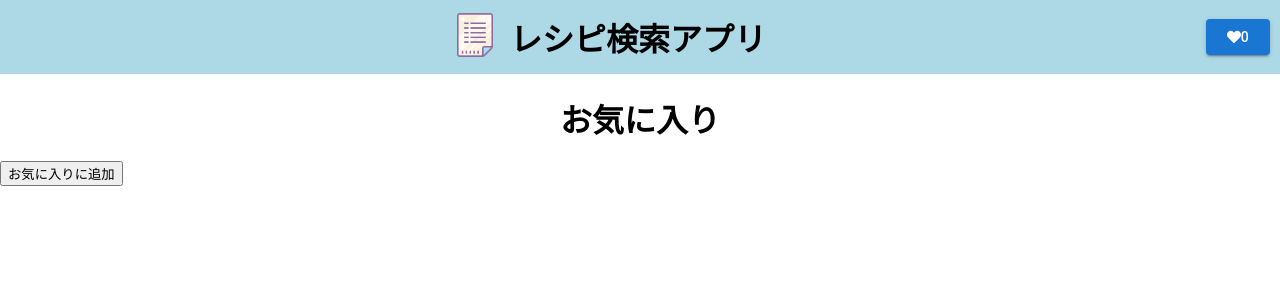
Repository: rweyb/recipe-search-app
Page: /favorites
These files come from the project's save history. The page is drawn as it stood at one moment and after the next save; the edit follows.
The browser window is 1280 px wide. The pictures show the whole page.
The project was rebuilt for these pictures with package versions that can differ from the ones it lists, and the page was loaded fresh each time. Also part of the build but not shown: src/components/FavoritesButton.js, src/components/RecipeResults.js, src/pages/HomePage.js, src/components/SearchBar.js, src/pages/RecipePage.js, src/pages/IngredientPage.js, src/reducers/RecipeSearch.js.

Above is the page before, as saved 2024-06-26 11:16:08.

### src/App.js
import React from 'react';
import { Route, RouterProvider, createBrowserRouter,
      createRoutesFromElements, } from 'react-router-dom';
import { QueryClient,QueryClientProvider } from 'react-query';
import Layout from './components/Layout';
import RecipeResults from './components/RecipeResults';
import HomePage from './pages/HomePage';
import FavoritesPage from './pages/FavoritesPage';
import RecipePage from './pages/RecipePage';
import IngredientPage from './pages/IngredientPage'
import RecipeSearch from './reducers/RecipeSearch';

const queryClient = new QueryClient();

const router = createBrowserRouter(
    createRoutesFromElements(
      <>
      <Route path='/' element={<Layout />}>
          <Route index element={<HomePage />} />
          <Route path='/favorites' element={<FavoritesPage />} />
          <Route path='/recipe' element={<RecipePage />} />
          <Route path='/ingredient' element={<IngredientPage />} />
          <Route path='/results' element={<RecipeResults />} />
          <Route path='/search' element={<RecipeSearch />} />
    </Route>
      </>
    )
);



const App = () => {
  return (
    <>
    <QueryClientProvider client = {queryClient}>
    <RouterProvider router={router} />
    </QueryClientProvider>
    </>

  );
};

export default App;

### src/components/Layout.js
import React from 'react';
import Header from './Header';
import { Outlet } from 'react-router-dom';

const Layout = () => {
    return (
    <>
        <Header />
        <Outlet /> {/* ここで子ルートがレンダリングされます */}
    </>
    );
};

export default Layout;

### src/pages/FavoritesPage.js
import React from "react";
import FavoriteButton from "../components/FavoritesButton";
import { useSetRecoilState, useRecoilValue } from 'recoil';
import { FavoritesRecipeState, FavoritesSelector } from '../components/FavoritesRecipeState';



const FavoritesPage = () => {

    // Recoilの状態更新関数を取得
    const setFavoritesList = useSetRecoilState(FavoritesRecipeState);


    // Recoilからお気に入りのリストを取得
    const favorites = useRecoilValue(FavoritesSelector);

    // お気に入り追加
    const addFavorite = (newItem) => {
        setFavoritesList((lists) => [...lists, newItem.id]);
    };

    // お気に入りから削除
    const removeFavorite = (id) => {
        setFavoritesList((lists) => lists.filter((favId) => favId !== id));
    };


        return (
            <div>
                <h1>お気に入り</h1>
                <ul>
                    {favorites.map((item) => (
                        <li key={item.id}>
                            {item.title} {/* ここでタイトルを表示 */}
                            <FavoriteButton
                                item={item}
                                onAddFavorite={() => addFavorite(item)}
                                onRemoveFavorite={() => removeFavorite(item.id)}
                            />
                            <button onClick={() => removeFavorite(item.id)}>削除</button>
                        </li>
                    ))}
                </ul>
                {/* 仮のボタンを追加してお気に入りに追加する動作をテスト */}
                <button onClick={() => addFavorite({ id: '2024062317701', title: 'テストレシピ' })}>お気に入りに追加</button>
            </div>
        );
    }



export default FavoritesPage;

### src/components/Header.js
import React from 'react';
import logo2 from '../logo/logo2.png';
import { Button } from '@mui/material';
import { useRecoilValue } from 'recoil';
import { FavoritesRecipeState } from './FavoritesRecipeState';
import { Link } from 'react-router-dom';
import { FaHeart } from 'react-icons/fa';
import FavoritesCount from './FavoritesCount';


export default function Header() {

     // FavoritesRecipeState atomからお気に入りレシピのIDの配列を取得
    const favoritesIds = useRecoilValue(FavoritesRecipeState);

  // お気に入りレシピの数を計算
    const favoritesCount = favoritesIds.length;


    const headerStyle = {
        display: 'flex', // フレックスボックスを使用
        justifyContent: 'space-between',
        alignItems: 'center', // 要素を垂直方向の中央に配置
        backgroundColor: 'lightblue', // ヘッダーの背景色
        padding: '10px', // パディング
    };

    const logoAndTitleStyle = {
        display: 'flex', // フレックスボックスを使用
        alignItems: 'center', // 要素を垂直方向の中央に配置
        justifyContent: 'center', // 要素を水平方向の中央に配置
        flexGrow: 1, // 利用可能なスペースを埋める
    };

    const logoStyle = {
        height: '50px',
        marginRight: '10px',
        cursor: 'pointer',
    };


    return (
    <>
    <header style={headerStyle}>
    <div style={logoAndTitleStyle}>
        <Link to="/">
        <img src={logo2} style={logoStyle} alt="レシピ"  />
        </Link>
        <h1 style={{margin: '0'}}>レシピ検索アプリ</h1>
    </div>
        <Link to="/favorites">
        <Button variant='contained'>
            <FaHeart />
            <FavoritesCount />
            {favoritesCount}
        </Button>
        </Link>
    </header>
    </>
    );
}

### src/components/FavoritesRecipeState.js
import { atom, atomFamily, selector } from "recoil";


//お気に入りレシピIDの配列を保持
export const FavoritesRecipeState = atom({
    key: 'FavoritesRecipeState',
    default: [],
});

//特定のIDに基づいて個々のレシピの詳細情報を保持
export const FavoritesListAtom = atomFamily({
    key: "FavoritesListAtom",
    default: null
});


//FavoritesRecipeStateとFavoritesListAtomから派生した詳細情報を保持
export const FavoritesSelector = selector({
    key: "FavoritesSelector",
    get: ({ get }) => {
        const lists = get(FavoritesRecipeState);
        return lists.map(id => get(FavoritesListAtom(id))).filter(item => item !== null);
    },

    //リストの追加/完了済/削除操作
    set: ({ set, reset}, {type, id, newItem }) => {
        switch (type) {

            //新たな（FavoritesListAtom）を生成
            case 'add' :
                set(FavoritesListAtom(newItem.id), newItem);
                set(FavoritesRecipeState, lists =>[...lists, newItem.id]);
                break;
            //既存の項目（idであるFavoritesListAtom）のisDoneプロバディをtrueに
            case 'done' :
                set(FavoritesListAtom(id), todo => ({ ...todo, isDone: true}));
                break;
            //既存の項目(idであるFavoritesListAtom)を削除＆
            //id群(idsAtom)から、対応するid値を削除
            case 'remove' :
                reset(FavoritesListAtom(id));
                set(FavoritesRecipeState, lists => lists.filter(e => e !== id));
                break;
                default :
                throw new Error('Type is invalid.');
        }
    }
});

### src/components/Style.css
h1 {
    text-align: center;
    margin-bottom: 20px;
}

.search-container {
    display: flex;
    justify-content: center;
    align-items: center;
    height: 100px;
}

### src/components/FavoritesCount.js
import React from "react";
import { useRecoilValue } from "recoil";
import { FavoritesSelector } from "./FavoritesRecipeState";


function FavoritesCount() {
    // FavoritesSelectorからお気に入りの件数を取得
    const { count } = useRecoilValue(FavoritesSelector);

    return <div>{count}</div>;
}

export default FavoritesCount;

Loaded but not shown: public/index.html (common file); src/index.js (common file); src/index.css (common file); src/reportWebVitals.js (common file)

After the next save:
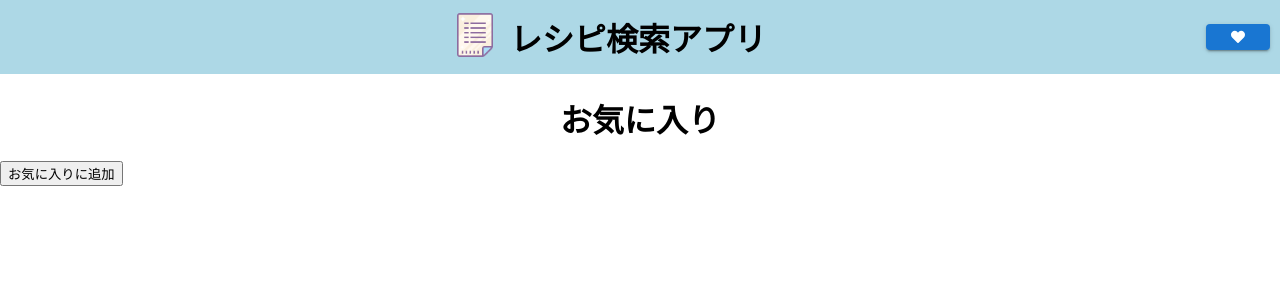
Saved 2 min 22 s later.
--- a/src/components/Header.js
+++ b/src/components/Header.js
@@ -52,7 +52,6 @@
         <Button variant='contained'>
             <FaHeart />
             <FavoritesCount />
-            {favoritesCount}
         </Button>
         </Link>
     </header>

After the save that followed:
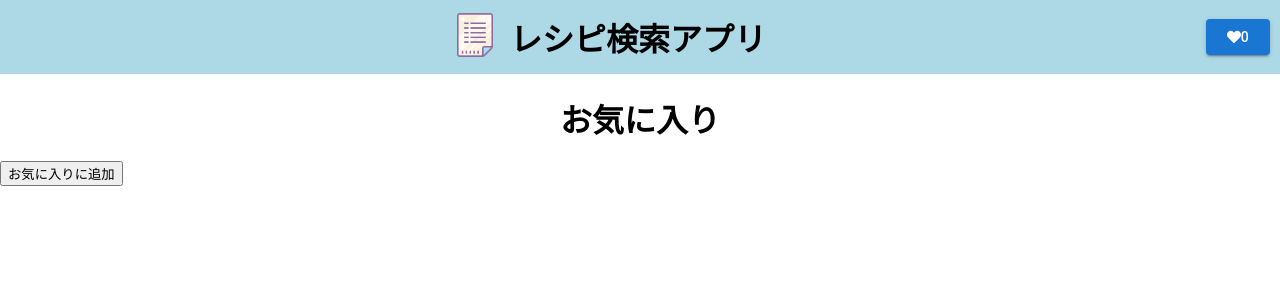
Saved 49 s later.
--- a/src/components/Header.js
+++ b/src/components/Header.js
@@ -5,7 +5,6 @@
 import { FavoritesRecipeState } from './FavoritesRecipeState';
 import { Link } from 'react-router-dom';
 import { FaHeart } from 'react-icons/fa';
-import FavoritesCount from './FavoritesCount';
 
 
 export default function Header() {
@@ -51,7 +50,8 @@
         <Link to="/favorites">
         <Button variant='contained'>
             <FaHeart />
-            <FavoritesCount />
+
+            {favoritesCount}
         </Button>
         </Link>
     </header>
